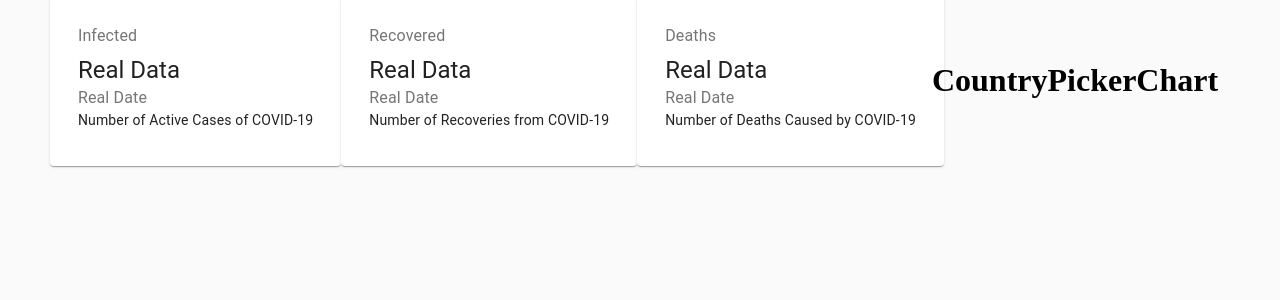
Repository: Khilanmakwana/COVID-19-Tracker-Application-ReactJS
Page: /
An editor plug-in stored every save of this project. The page is shown before and after the next save, followed by the edit.
The browser window is 1280 px wide. The pictures show the whole page.
The page's requests for data from a server got no answer. The project was rebuilt for these pictures with package versions that can differ from the ones it lists, and the page was loaded fresh each time. No one was signed in, and anything a server would have sent is missing. Also part of the build but not shown: src/components/Cards/Cards.module.css.

Above is the page before, as saved 2020-04-30 14:35:43.

### src/App.js
import React, { Component } from "react";
import { Cards, Chart, CountryPicker } from "./components";
import styles from "./App.module.css";
import { fetchData } from "./api/index";

class App extends React.Component {
  state = {
    data: {},
  };

  async componentDidMount() {
    const fetchedData = await fetchData();

    this.setState({ data: fetchedData });
  }

  render() {
      const {data} = this.state;
    return (
      <div className={styles.container}>
        <Cards data = {data}/>
        <CountryPicker />
        <Chart />
      </div>
    );
  }
}

export default App;

### src/components/index.js
export { default as  Cards} from './Cards/Cards';
export { default as  Chart} from './Chart/Chart';
export { default as  CountryPicker} from './CountryPicker/CountryPicker';

### src/api/index.js
import axios from "axios";

const url = "https://covid19.mathdro.id/api";

export const fetchData = async () => {
  try {
    const {
      data: { confirmed, recovered, deaths, lastUpdate },
    } = await axios.get(url);

    return { confirmed, recovered, deaths, lastUpdate };
  } catch (error) {}
};

### src/components/Cards/Cards.jsx
import React from "react";
import { Card, CardContent, Typography, Grid } from "@material-ui/core";
import styles from "./Cards.module.css";

const Cards = (props) => {
  console.log(props);
  return (
    <div className={styles.container}>
      <Grid container spacing={3} justify="center">
        <Grid item component={Card}>
          <CardContent>
            <Typography color="textSecondary" gutterBottom>
              Infected
            </Typography>
            <Typography variant="h5">Real Data</Typography>
            <Typography color="textSecondary">Real Date</Typography>
            <Typography variant="body2">
              Number of Active Cases of COVID-19
            </Typography>
          </CardContent>
        </Grid>
        <Grid item component={Card}>
          <CardContent>
            <Typography color="textSecondary" gutterBottom>
              Recovered
            </Typography>
            <Typography variant="h5">Real Data</Typography>
            <Typography color="textSecondary">Real Date</Typography>
            <Typography variant="body2">
              Number of Recoveries from COVID-19
            </Typography>
          </CardContent>
        </Grid>
        <Grid item component={Card}>
          <CardContent>
            <Typography color="textSecondary" gutterBottom>
              Deaths
            </Typography>
            <Typography variant="h5">Real Data</Typography>
            <Typography color="textSecondary">Real Date</Typography>
            <Typography variant="body2">
              Number of Deaths  Caused by COVID-19
            </Typography>
          </CardContent>
        </Grid>
      </Grid>
    </div>
  );
};

export default Cards;

### src/components/Chart/Chart.jsx
import React from 'react';

const Chart =() => {
    return(
        <h1>Chart</h1>
    )
}

export default Chart;

### src/components/CountryPicker/CountryPicker.jsx
import React from 'react';

const CountryPicker =() => {
    return(
        <h1>CountryPicker</h1>
    )
}

export default CountryPicker;

Loaded but not shown: public/index.html (common file); src/index.js (common file); src/App.module.css (common file)

After the next save:
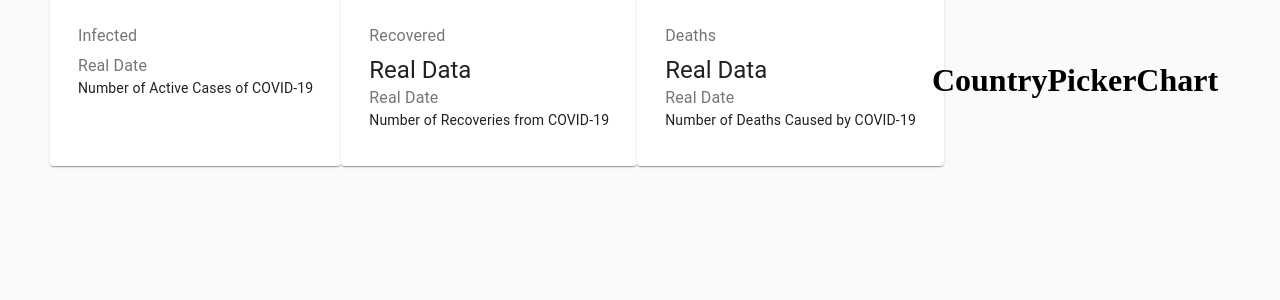
Saved 4 min 57 s later.
--- a/src/components/Cards/Cards.jsx
+++ b/src/components/Cards/Cards.jsx
@@ -2,8 +2,10 @@ import React from "react";
 import { Card, CardContent, Typography, Grid } from "@material-ui/core";
 import styles from "./Cards.module.css";
 
-const Cards = (props) => {
-  console.log(props);
+const Cards = (confirmed, recorved, deaths, lastUpdate) => {
+if(!confirmed) {
+    return 'Loading...'
+}
   return (
     <div className={styles.container}>
       <Grid container spacing={3} justify="center">
@@ -12,7 +14,7 @@ const Cards = (props) => {
             <Typography color="textSecondary" gutterBottom>
               Infected
             </Typography>
-            <Typography variant="h5">Real Data</Typography>
+            <Typography variant="h5">{confirmed.value}</Typography>
             <Typography color="textSecondary">Real Date</Typography>
             <Typography variant="body2">
               Number of Active Cases of COVID-19
